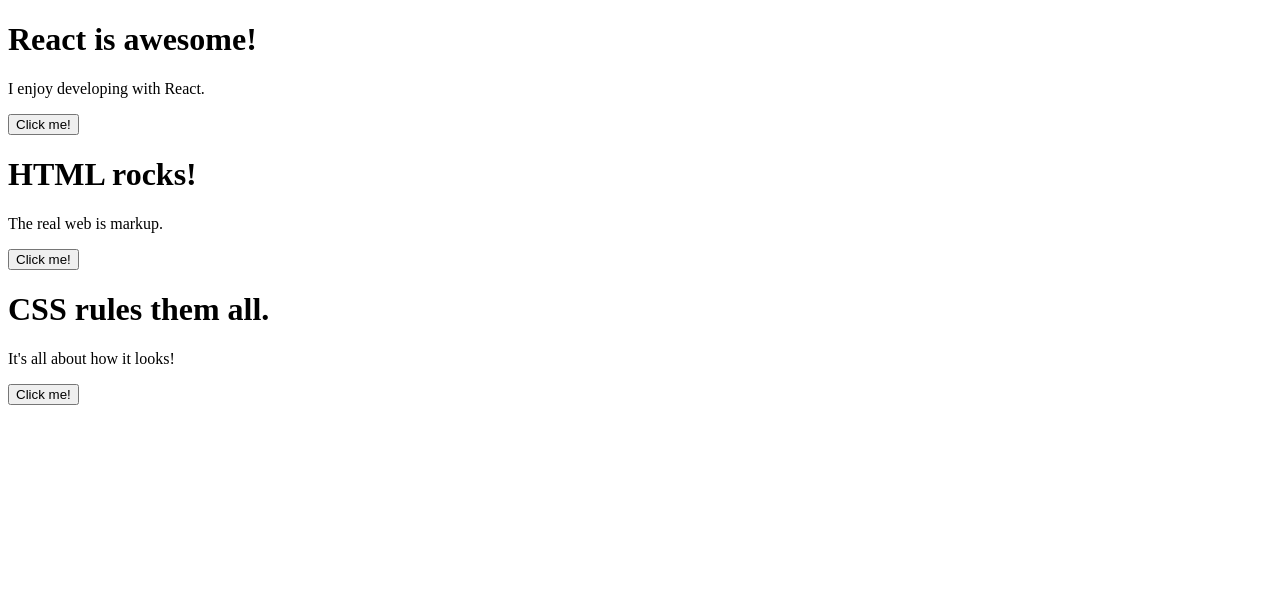
Repository: j1s00jang/frontend_bookstore
Page: /
An editor plug-in stored every save of this project. The page is shown before and after the next save, followed by the edit.
The browser window is 1280 px wide. The pictures show the whole page.
The project was rebuilt for these pictures with package versions that can differ from the ones it lists, and the page was loaded fresh each time. Also part of the build but not shown: vite.config.js.

Above is the page before, as saved 2025-09-08 16:00:30.

### index.html
<!DOCTYPE html>
<html lang="en">
    <head>
        <meta charset="UTF-8" />
        <link
            rel="icon"
            type="image/svg+xml"
            href="/favicon.ico"
        />
        <meta
            name="viewport"
            content="width=device-width, initial-scale=1.0"
        />
        <title>Let's grab a bagel with Shema!</title>
    </head>
    <body>
        <div id="root">
            <!-- YOUR APPLICATION LIVES HERE -->
        </div>
        <script
            type="module"
            src="/src/main.jsx"
        ></script>
    </body>
</html>

### src/App.jsx
function App() {
    return (
        <div>
            <Excerpt
                title="React is awesome!"
                body="I enjoy developing with React."
            />
            <Excerpt
                title="HTML rocks!"
                body="The real web is markup."
            />
            <Excerpt
                title="CSS rules them all."
                body="It's all about how it looks!"
            />
        </div>
    );
}

function Excerpt(props) {
    return (
        <div>
            <h1>{props.title}</h1>
            <p>{props.body}</p>
            <button>Click me!</button>
        </div>
    );
}
export default App;

### src/index.css
.excerpt {
    width: 50%;
    padding: 1em;
    margin: 1em auto;
    border: 1px solid;
}

Loaded but not shown: src/main.jsx (common file)

After the next save:
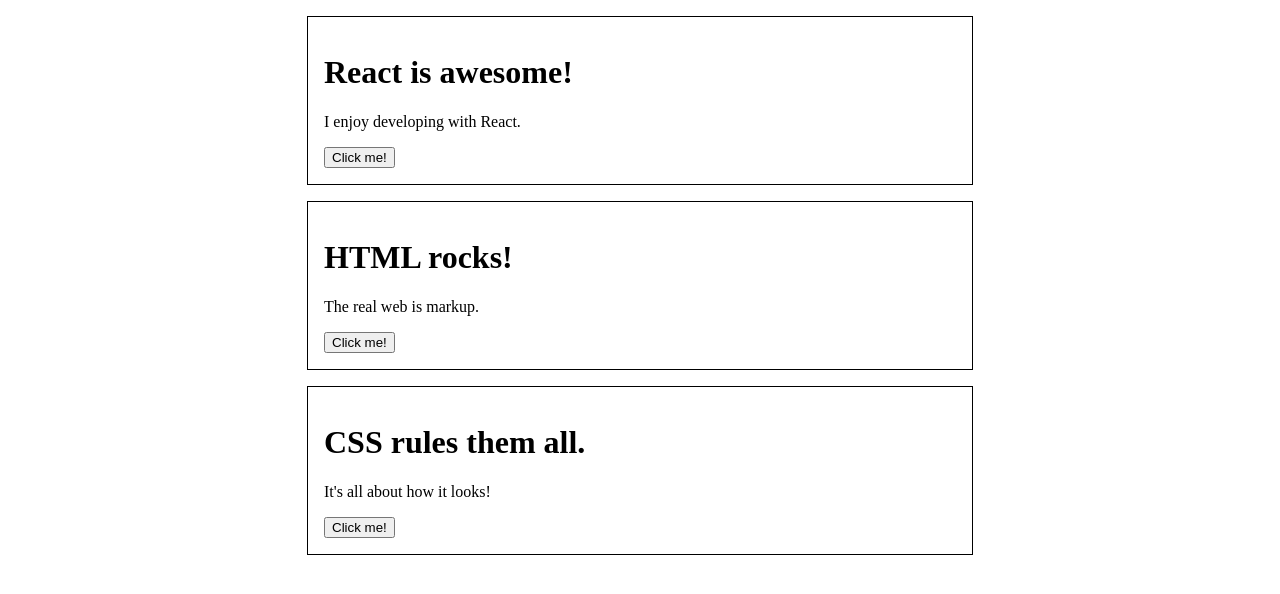
Saved 46 s later.
--- a/src/App.jsx
+++ b/src/App.jsx
@@ -19,7 +19,7 @@
 
 function Excerpt(props) {
     return (
-        <div>
+        <div class="excerpt">
             <h1>{props.title}</h1>
             <p>{props.body}</p>
             <button>Click me!</button>
